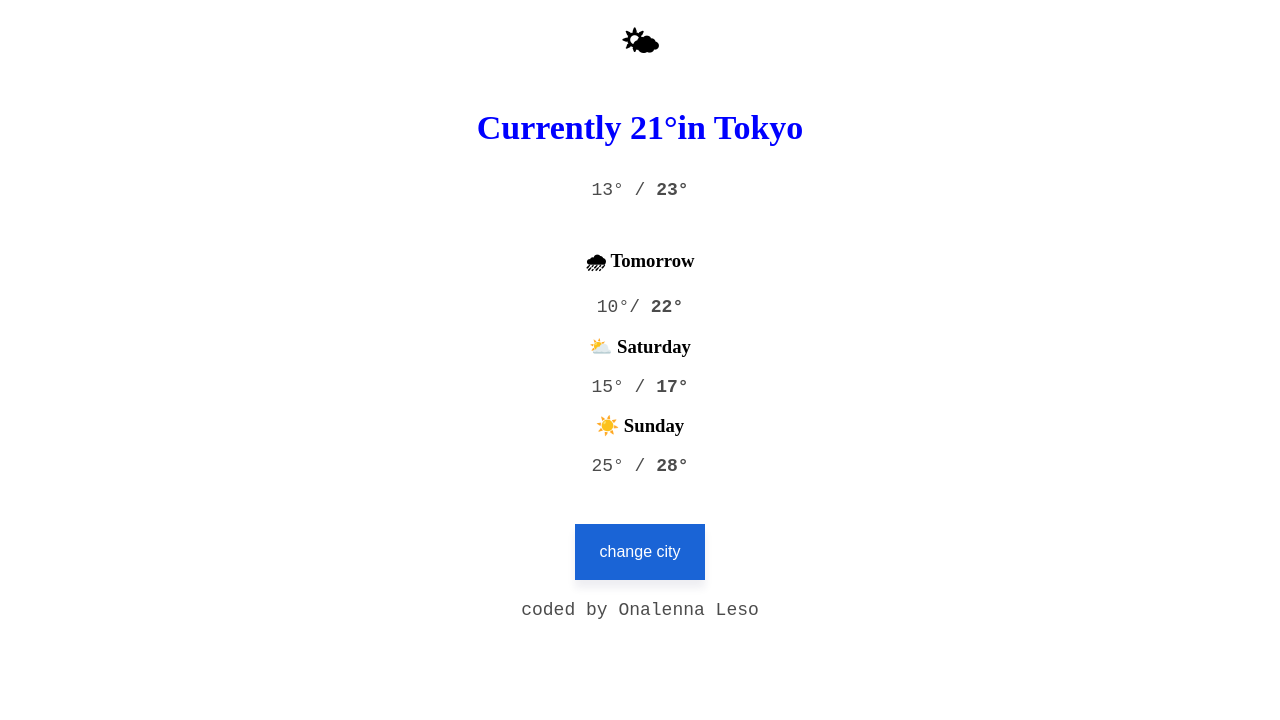
Repository: onalennaleso/empty
Page: homework.html
These files come from the project's save history. The page is drawn as it stood at one moment and after the next save; the edit follows.
The browser window is 1280 px wide. The pictures show the whole page.

Above is the page before, as saved 2024-02-02 01:45:23.

### homework.html
<!DOCTYPE html>
<html lang="en">

<head>
    <meta charset="UTF-8">
    <meta name="viewport" content="width=>, initial-scale=1.0">
    <title>Weather demo</title>
    <style>
        h1 {
            text-align: center;
        }

        h2 {
            color: blue;
            text-align: center;
            font-weight: helvetica, arial, sans-serif;
            font-size: 34px;
            line-height: 48px;
        }

        h3 {
            text-align: center;
            font-weight: helvetica, arial, sans-serif;
        }

        ul {
            text-align: center;
            list-style: none;
            padding: 10px 0;
            border-radius: 10px;
            transition: all 150ms ease-in-out;
        }

        li {
            text-align: center;
        }

        li :hover {
            background: yellow;
        }

        P {
            text-align: center;
            font-size: 18px;
            opacity: 0.7;
            font-family: monospace;
        }

        button {
            display: block;
            margin: 20px auto;
            border: 1px solid #1a64d6;
            background: #1a64d6;
            color: #fff;
            font-size: 16px;
            line-height: 22px;
            padding: 16px 24px;
            text-decoration: none;
            transition: all 150ms ease;
            box-shadow: rgba(37, 39, 89, 0.08)0px 8px 8px 0px;
        }
    </style>
</head>

<body>
    <h1>
        🌤
    </h1>
    <h2>
        Currently 21&deg;in Tokyo
    </h2>
    <p> 13&deg; / <strong> 23&deg; </strong></p>
    <ul>
        <li>
            <h3>
                🌧 Tomorrow
            </h3>
            <p>10&deg;/ <strong> 22&deg;</strong></p>
        </li>
        <li>
            <h3>
                ⛅ Saturday
            </h3>
            <p> 15&deg; / <strong> 17&deg;</strong></p>
        </li>
        <li>
            <h3>
                ☀️ Sunday
            </h3>
            <p> 25&deg; / <strong> 28&deg;</strong></p>
        </li>
    </ul>
    <button>
        change city
    </button>
    <p>
        coded by Onalenna Leso
    </p>
</body>

</html>

After the next save:
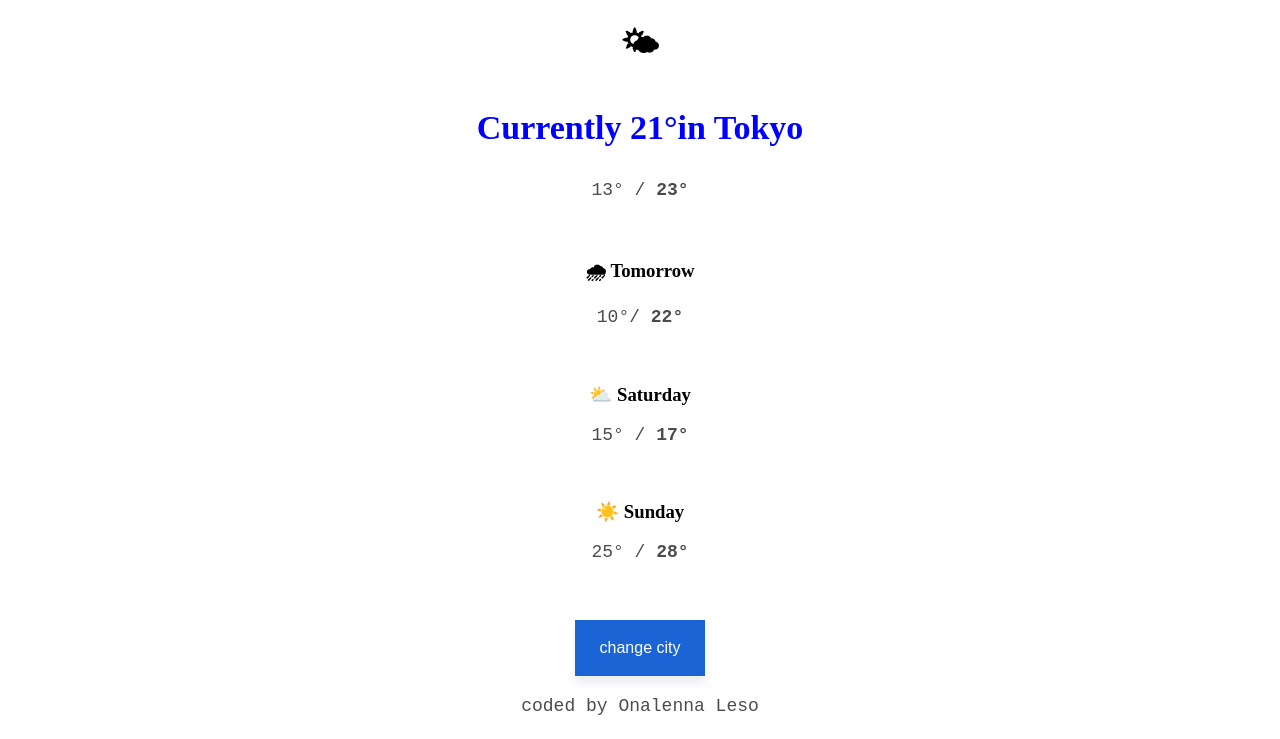
Saved 4 min 11 s later.
--- a/homework.html
+++ b/homework.html
@@ -33,6 +33,8 @@
 
         li {
             text-align: center;
+            list-style: none;
+            padding: 10px
         }
 
         li :hover {
